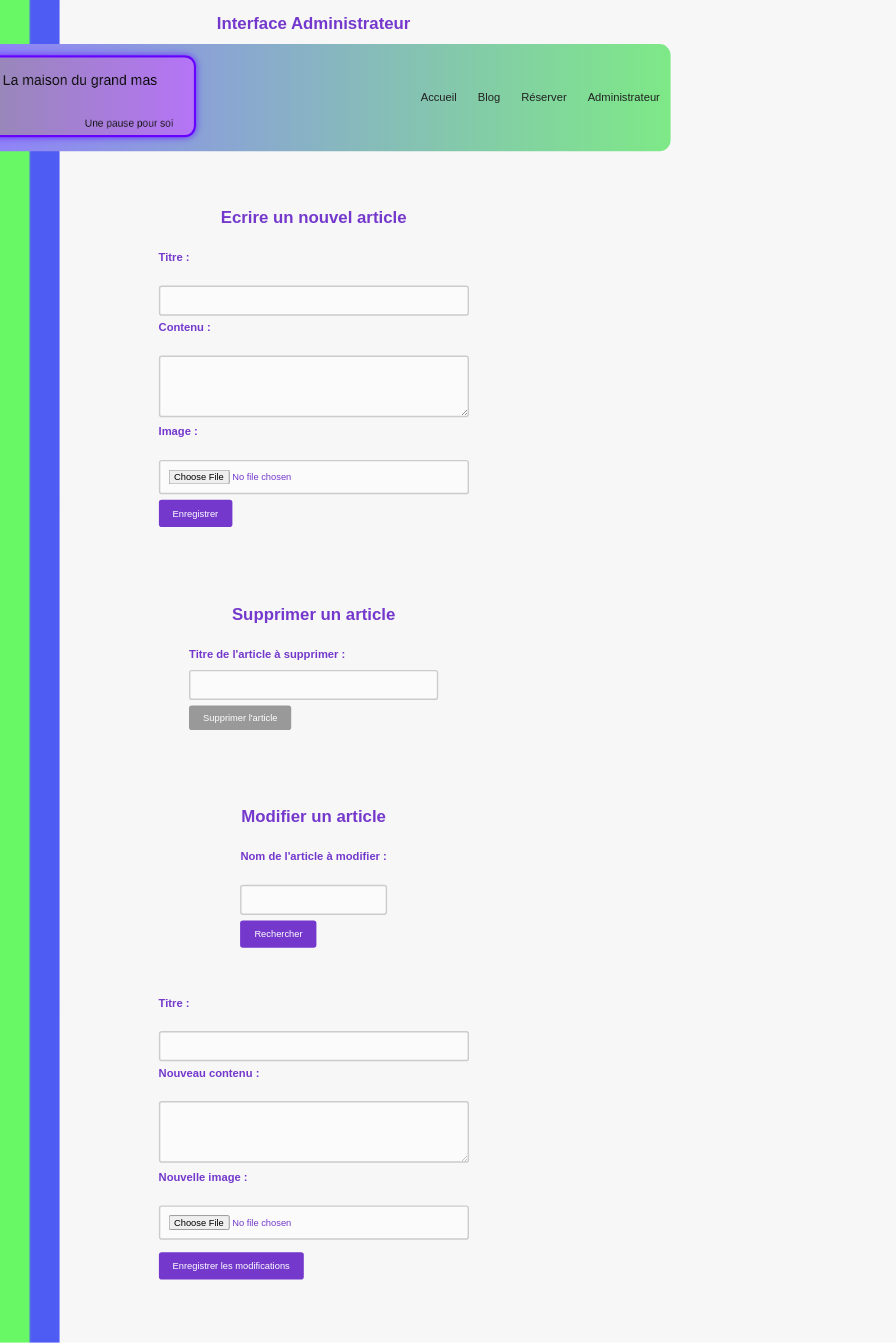
Repository: Crosnierpaul/Les_Rangers_de_Pouvoir
Page: http://localhost/adminBlog
The author's editor kept a copy of each file at every save. The page is drawn from the files as they stood at one save, then again after a run of saves.
The browser window is 1280 px wide. The pictures show the whole page, at 70% of full size.
Backgrounds fixed to the window are drawn as part of the page. The page is served by the project's Node server (site/server.js).

Above is the page before, as saved 2024-05-07 16:45:24.

After the next 2 saves:
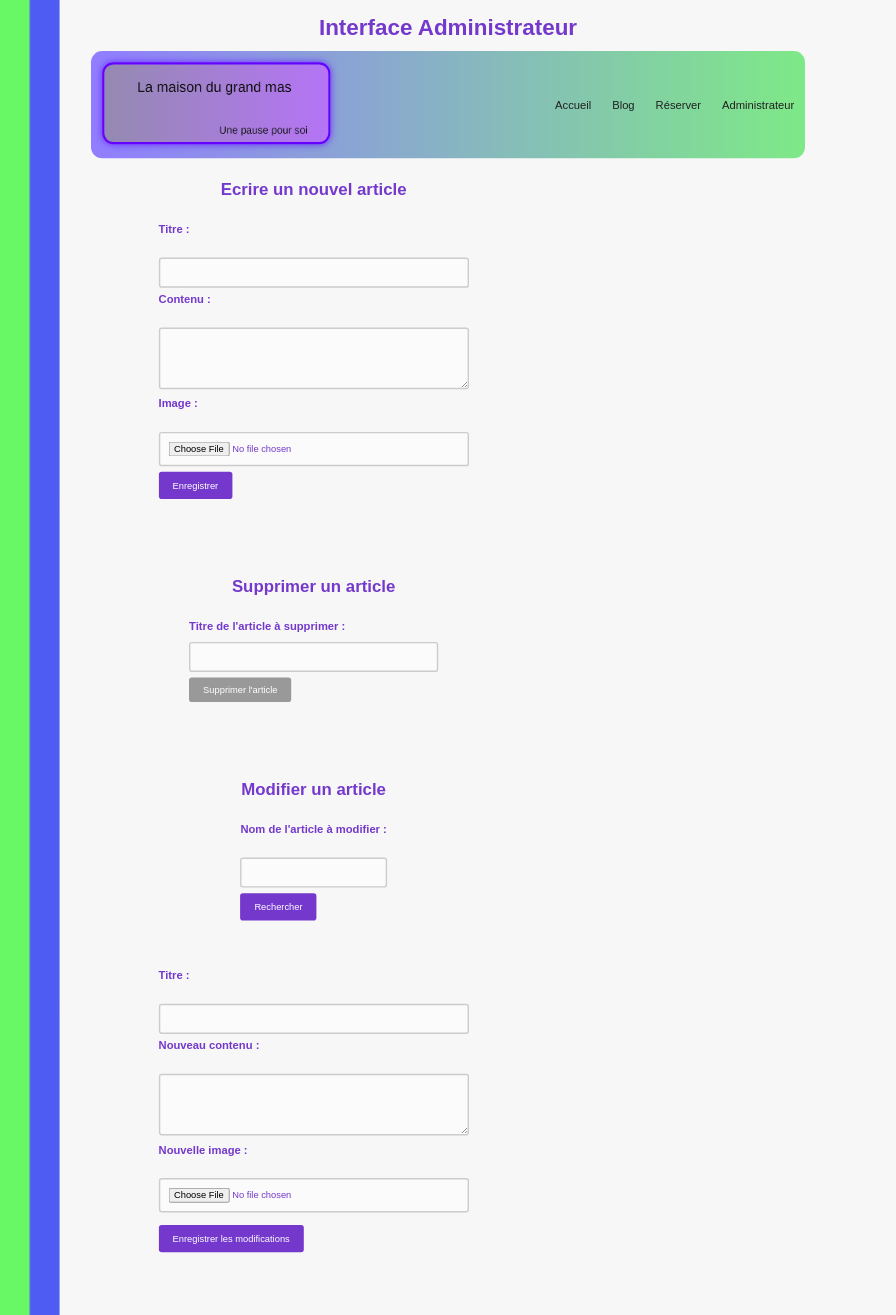
The 2 saves are shown as one change because they came seconds apart.
The last was saved 40 s later.
--- a/site/public/views/blogAdmin.ejs
+++ b/site/public/views/blogAdmin.ejs
@@ -9,10 +9,8 @@
     <!-- Utilisation du chemin absolu pour le fichier CSS -->
 </head>
 <body>
-    <section class="admin-section">
         <h1>Interface Administrateur</h1>
         <%- include('navbarAdmin') %>
-    </section>
 
     <section class="write-article-section">
         <h2>Ecrire un nouvel article</h2>
